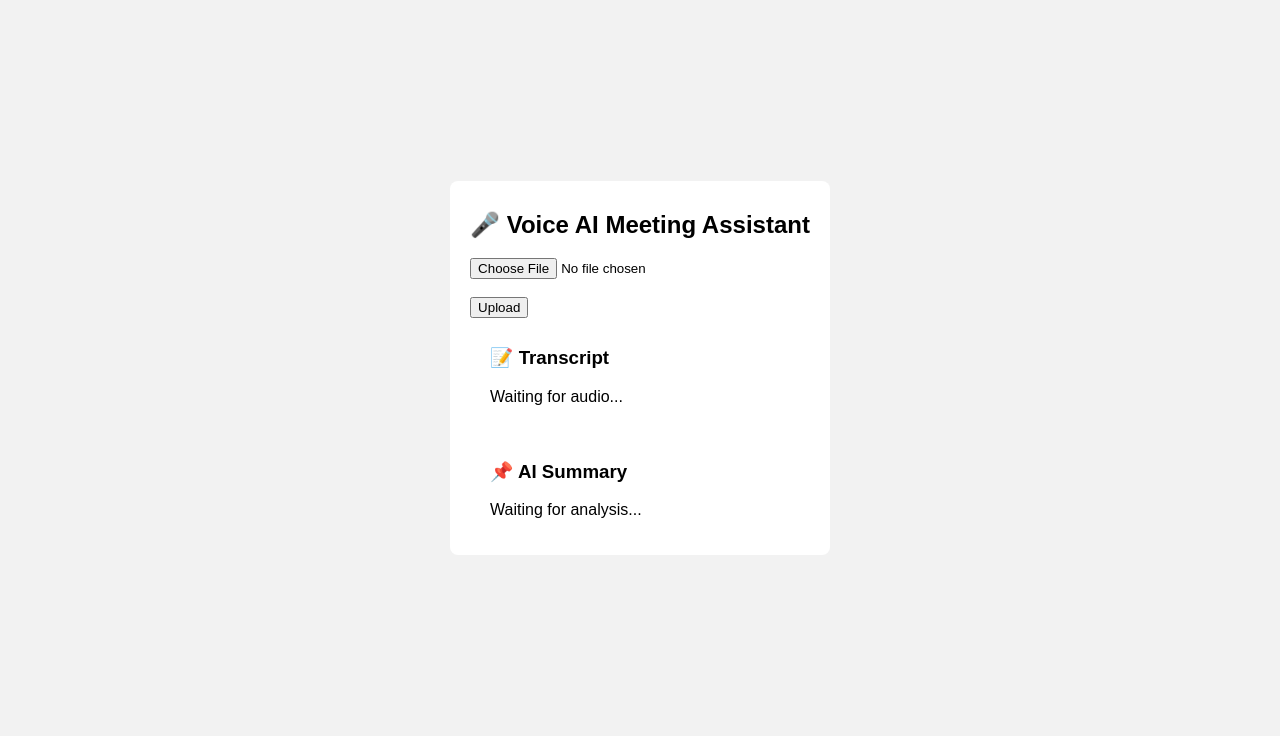
Repository: MujtabaHabib/Voice-AI-Meeting-Assistant
Page: index.html
These files come from the project's save history. The page is drawn as it stood at one moment and after a run of saves; the edit follows.
The browser window is 1280 px wide. The pictures show the whole page.

Above is the page before, as saved 2026-02-01 22:01:22.

After the next 2 saves:
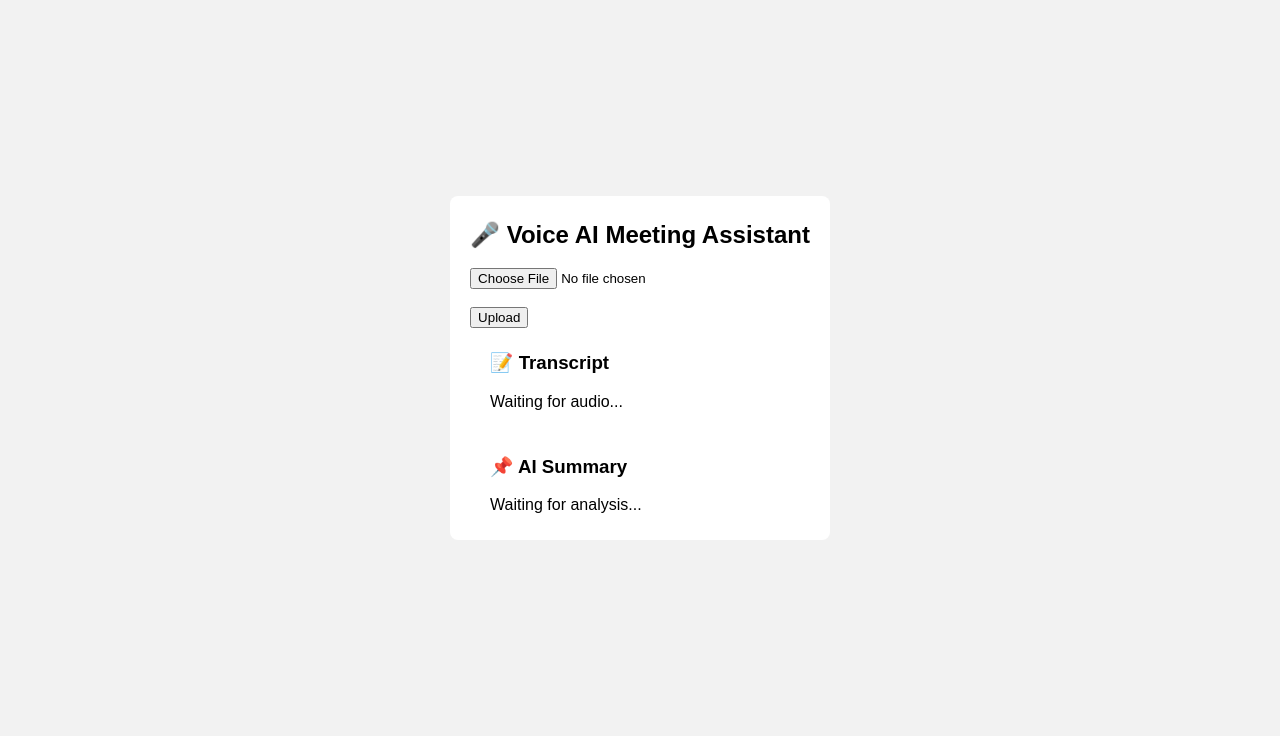
The 2 saves are shown as one change because they came seconds apart.
The last was saved 12 s later.
--- a/style.css
+++ b/style.css
@@ -9,7 +9,7 @@
 
 div{
     background-color: white;
-    padding: 10px 20px;
+    padding: 5px 20px;
     border-radius: 8px;
 
 }

After the 2 saves that followed:
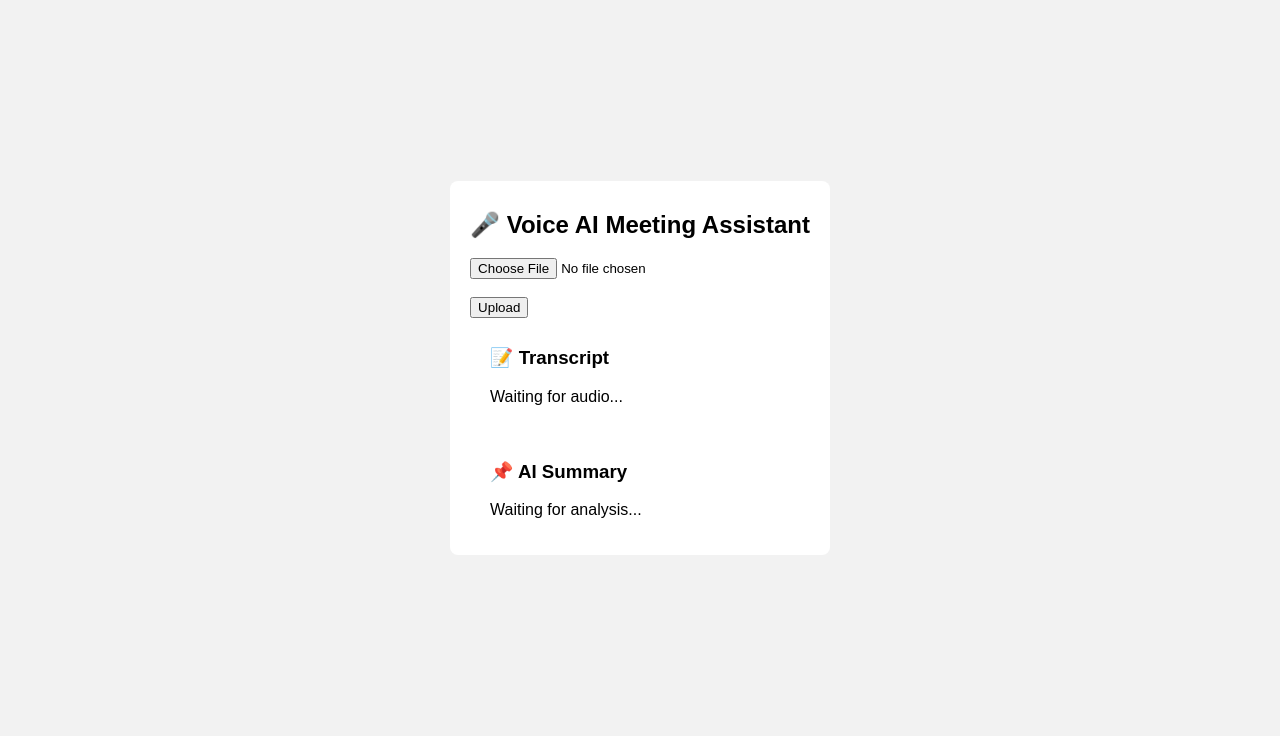
The 2 saves are shown as one change because they came seconds apart.
The last was saved 7 s later.
--- a/style.css
+++ b/style.css
@@ -9,7 +9,7 @@
 
 div{
     background-color: white;
-    padding: 5px 20px;
+    padding: 10px 20px;
     border-radius: 8px;
 
 }
